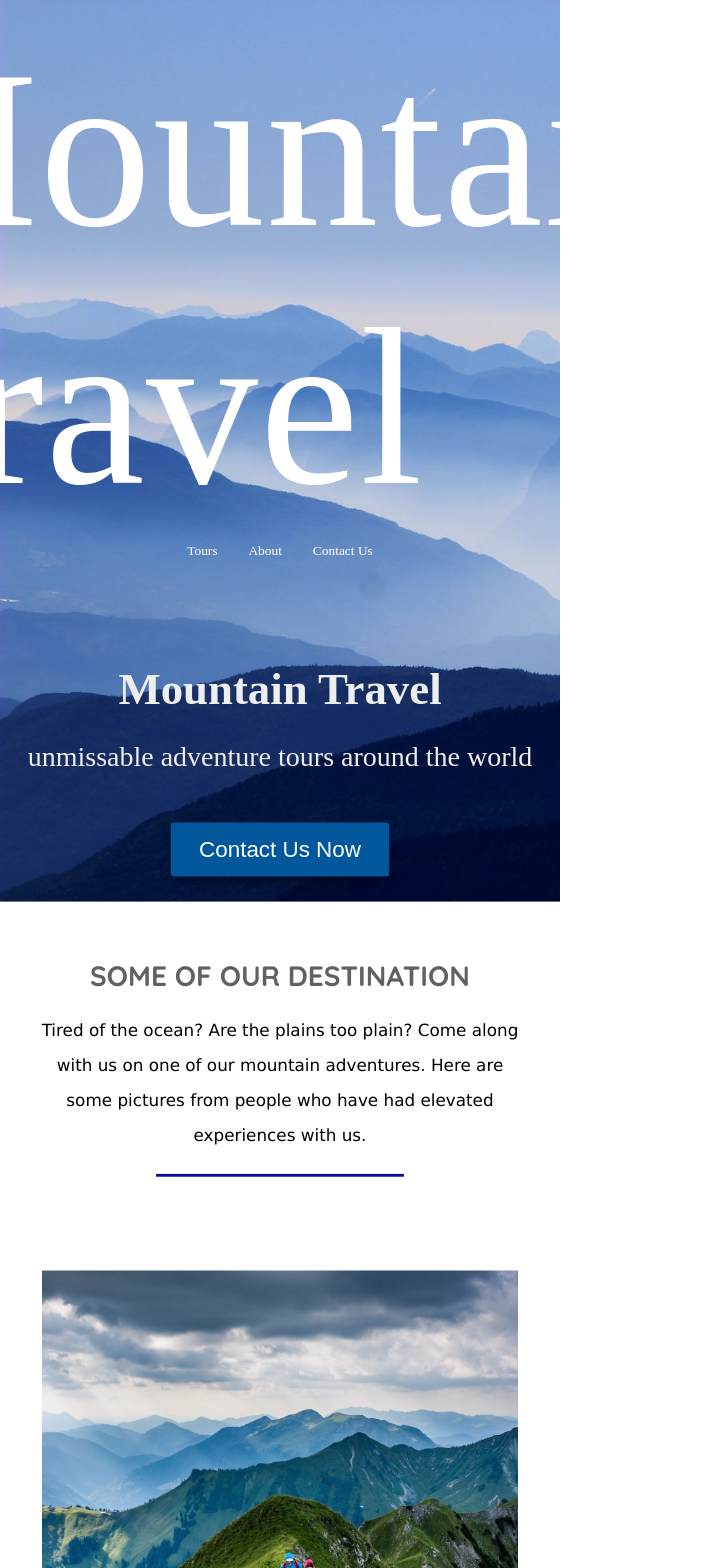
Repository: Einsteiniumeinsteinian/Advanced-CSS
Page: css-project-starter-code/index.html
The author's editor kept a copy of each file at every save. The page is drawn from the files as they stood at one save, then again after the next save.
The browser window is 768 px wide. The page is 1030 px wide, then 800 px, so the pictures cover 1030 px, including what lies to the right of the window. The pictures show the part of the page from y = 0 to 2240 px (the page is 9799 px tall before and 9100 px after), at 70% of full size.
Some web libraries are served in a nearby version.

Above is the page before, as saved 2021-09-02 14:32:26.

After the next save:
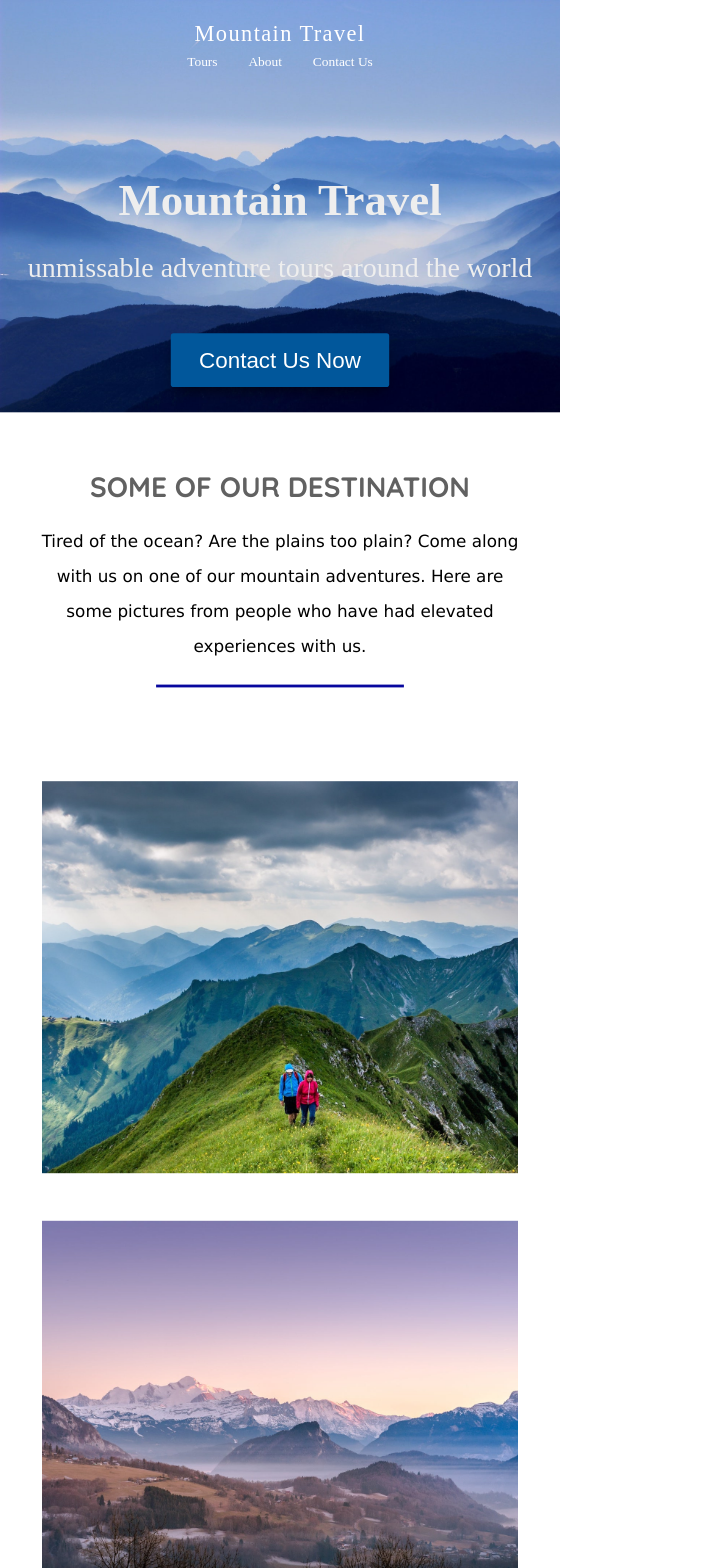
Saved 9 s later.
--- a/css-project-starter-code/assets/css/styles.css
+++ b/css-project-starter-code/assets/css/styles.css
@@ -57,7 +57,7 @@ nav > a{
 
     nav > a{
         margin-bottom: 10px;
-               font-size: 20rem;
+               font-size: 2rem;
     }
 
 }
